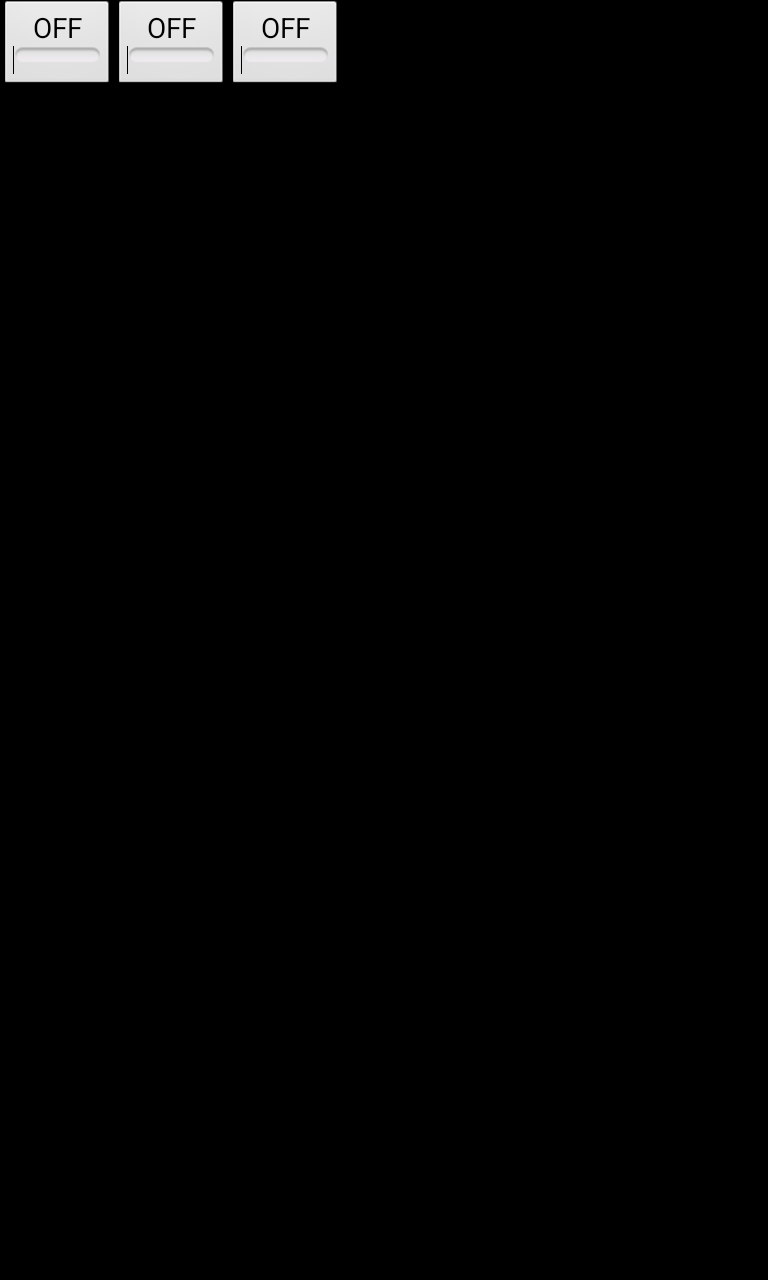
Repository: andrewmacquarrie/BoardTests
Layout: BoardTest/res/layout/main.xml
The author's editor kept a copy of each file at every save. The layout is drawn from the files as they stood at one save, then again after the next save.
It is drawn on a 768 x 1280 px phone screen (xhdpi) without system bars, with theme android:Theme; the app's code is not run.

Above is the layout before, as saved 2011-03-29 12:38:47.

### BoardTest/res/layout/main.xml
<?xml version="1.0" encoding="utf-8"?>
<LinearLayout xmlns:android="http://schemas.android.com/apk/res/android"
    android:orientation="horizontal"
    android:layout_width="fill_parent"
    android:layout_height="fill_parent"
    >
<ToggleButton
     android:layout_height="wrap_content"
     android:layout_width="wrap_content"
     android:text="@string/oneOn"
     android:tag="1"
     android:onClick="toggle" />
<ToggleButton
     android:layout_height="wrap_content"
     android:layout_width="wrap_content"
     android:text="@string/twoOn"
     android:onClick="setTwo" />
<ToggleButton
     android:layout_height="wrap_content"
     android:layout_width="wrap_content"
     android:text="@string/threeOn"
     android:onClick="setThree" />
</LinearLayout>

### BoardTest/res/values/strings.xml
<?xml version="1.0" encoding="utf-8"?>
<resources>
    <string name="hello">Hello World, BoardTest!</string>
    <string name="app_name">Testing the board</string>
    <string name="oneOn">1 on</string>
    <string name="twoOn">2 on</string>
    <string name="threeOn">3 on</string>
</resources>

After the next save:
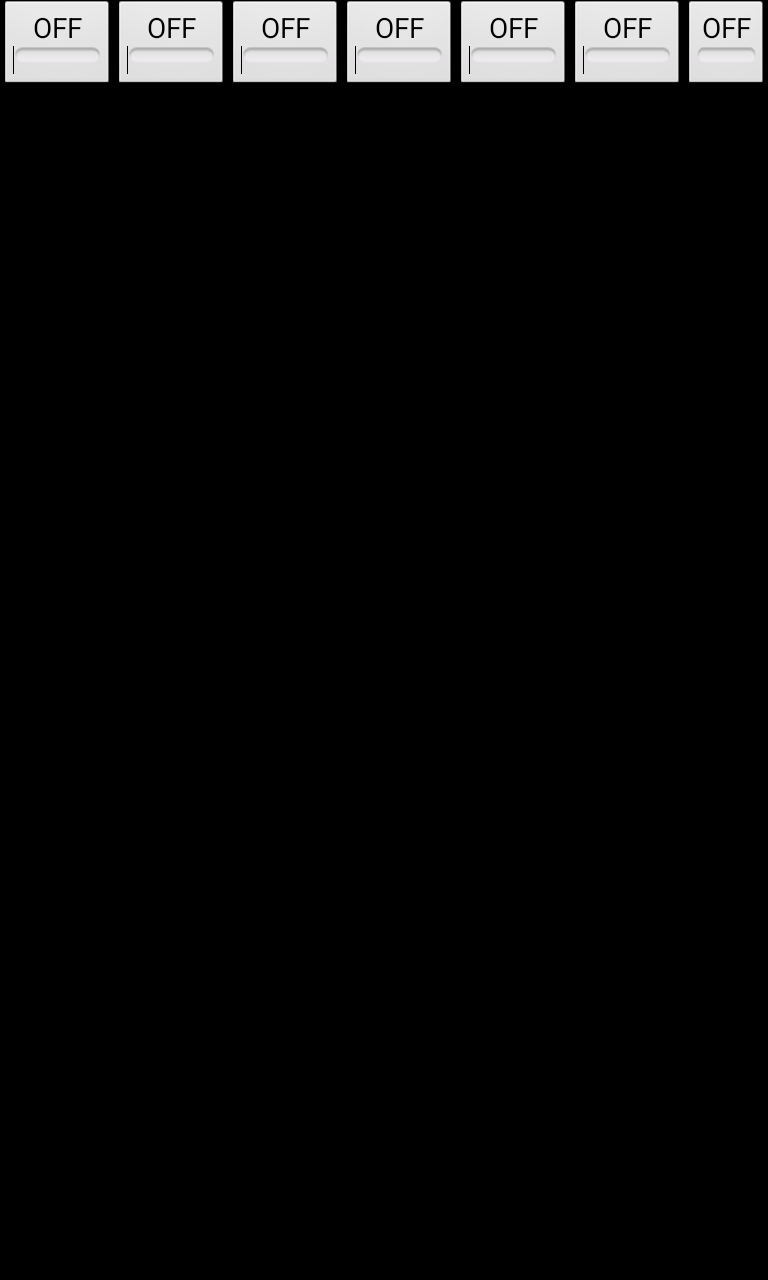
Saved 56 s later.
--- a/BoardTest/res/layout/main.xml
+++ b/BoardTest/res/layout/main.xml
@@ -7,17 +7,41 @@
 <ToggleButton
      android:layout_height="wrap_content"
      android:layout_width="wrap_content"
-     android:text="@string/oneOn"
      android:tag="1"
-     android:onClick="toggle" />
+     android:onClick="toggleOutput" />
 <ToggleButton
      android:layout_height="wrap_content"
      android:layout_width="wrap_content"
-     android:text="@string/twoOn"
-     android:onClick="setTwo" />
+     android:tag="2"
+     android:onClick="toggleOutput" />
 <ToggleButton
      android:layout_height="wrap_content"
      android:layout_width="wrap_content"
-     android:text="@string/threeOn"
-     android:onClick="setThree" />
+     android:tag="3"
+     android:onClick="toggleOutput" />
+<ToggleButton
+     android:layout_height="wrap_content"
+     android:layout_width="wrap_content"
+     android:tag="4"
+     android:onClick="toggleOutput" />
+<ToggleButton
+     android:layout_height="wrap_content"
+     android:layout_width="wrap_content"
+     android:tag="5"
+     android:onClick="toggleOutput" />
+<ToggleButton
+     android:layout_height="wrap_content"
+     android:layout_width="wrap_content"
+     android:tag="6"
+     android:onClick="toggleOutput" />
+<ToggleButton
+     android:layout_height="wrap_content"
+     android:layout_width="wrap_content"
+     android:tag="7"
+     android:onClick="toggleOutput" />
+<ToggleButton
+     android:layout_height="wrap_content"
+     android:layout_width="wrap_content"
+     android:tag="8"
+     android:onClick="toggleOutput" />
 </LinearLayout>
